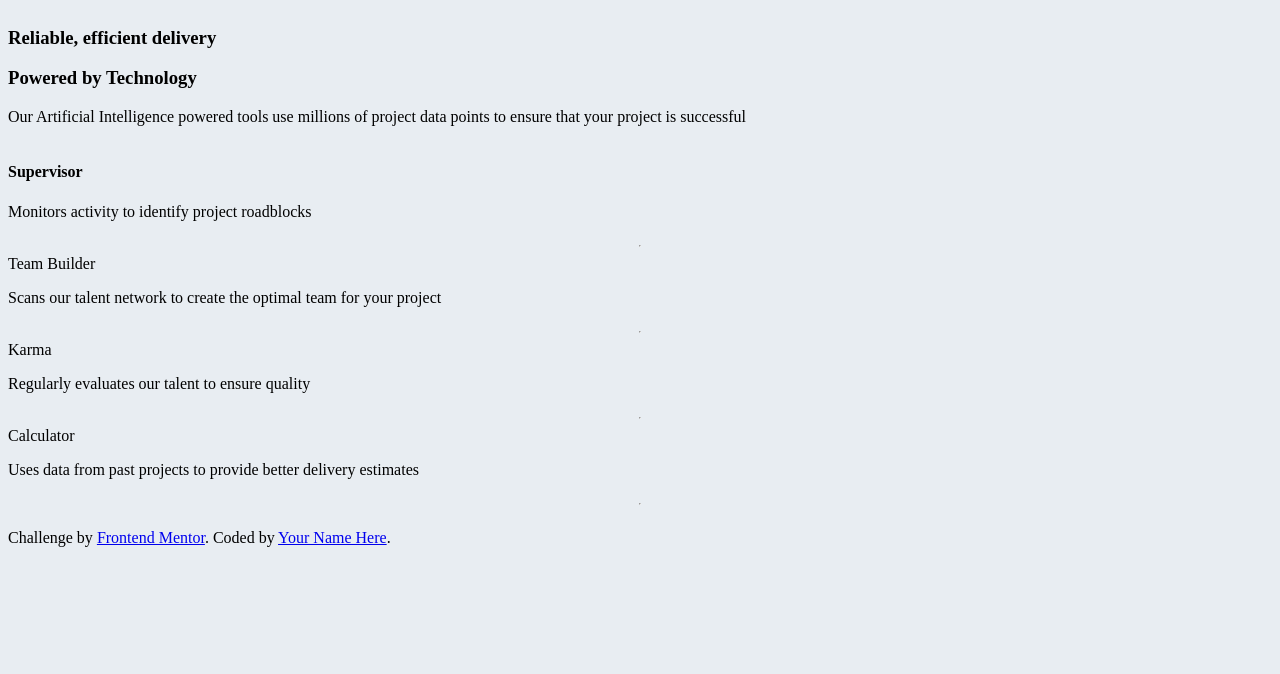
Repository: AngelaMwelu/four-card-page
Page: index.html
These files come from the project's save history. The page is drawn as it stood at one moment and after a run of saves; the edit follows.
The browser window is 1280 px wide. The pictures show the whole page.

Above is the page before, as saved 2025-05-15 15:09:33.

### index.html
<!DOCTYPE html>
<html lang="en">
<head>
  <meta charset="UTF-8">
  <meta name="viewport" content="width=device-width, initial-scale=1.0"> <!-- displays site properly based on user's device -->

  <link rel="icon" type="image/png" sizes="32x32" href="./images/favicon-32x32.png">
  <link rel="stylesheet" href="style.css">

  <title>Frontend Mentor | Four card feature section</title>
  <!-- Feel free to remove these styles or customise in your own stylesheet 👍 -->

  <style>
    .Card{
      display:flex;
      flex-direction:column;
      justify-content:center;
      min-height: 100mv;
    }
  </style>
</head>
<body>
  <div class="Card">
    <div class="about">
      <h3>Reliable, efficient delivery</h3>
      <h3>Powered by Technology</h3>

      <p>Our Artificial Intelligence powered tools use millions of project data points
       to ensure that your project is successful</p>
    </div>

    <div class="Supervisor">
      <h4>Supervisor</h4>
      <p>Monitors activity to identify project roadblocks</p>
    </div>
    <hr clas="br1">

    <div class="Team Builder">
      </h4>Team Builder</h4>
      </p>Scans our talent network to create the optimal team for your project</p>
    </div>
    <hr clas="br2">

    <div class="Karma">
      </h4>Karma</h4>
      </p>Regularly evaluates our talent to ensure quality</p>
    </div>
    <hr clas="br3">

    <div class="Calculator">
      </h4>Calculator</h4>
      </p>Uses data from past projects to provide better delivery estimates</p>
    </div>
    <hr clas="br4">
  </div>

  <footer>
    <p class="attribution">
      Challenge by <a href="https://www.frontendmentor.io?ref=challenge" target="_blank">Frontend Mentor</a>.
      Coded by <a href="#">Your Name Here</a>.
    </p>
  </footer>
</body>
</html>

### style.css
body{
    background: hsl(210, 29%, 93%);
    widt
}

After the next 2 saves:
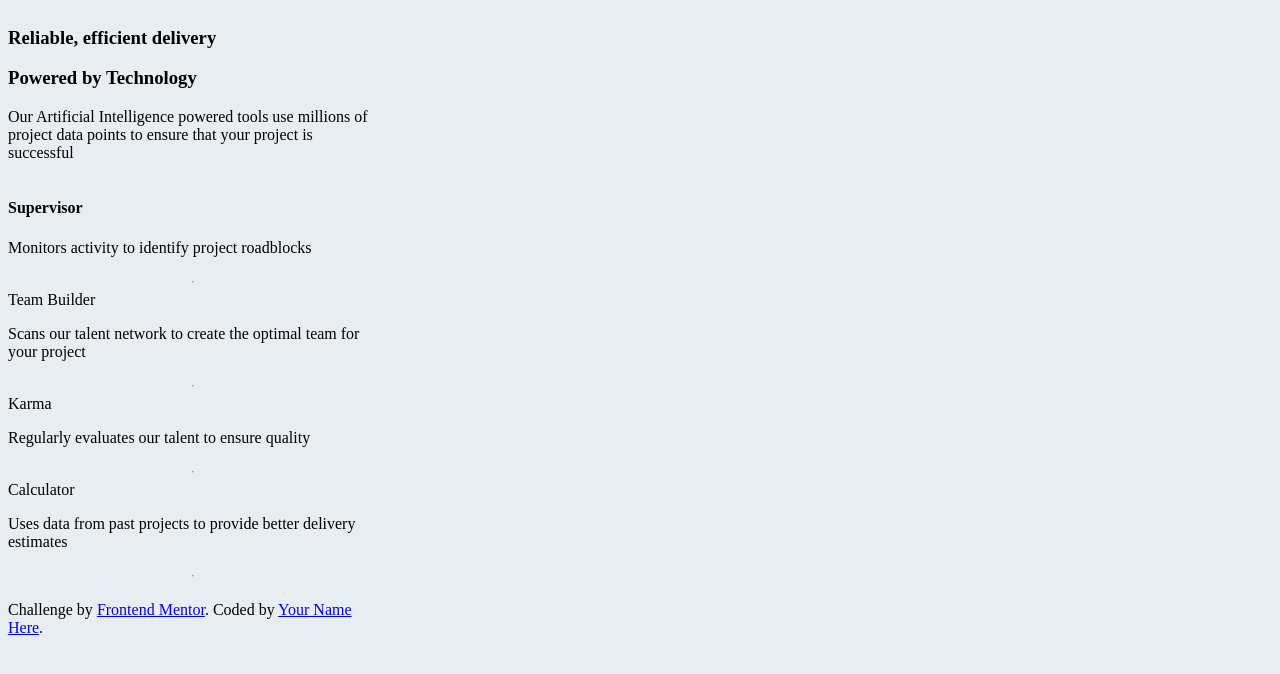
The 2 saves are shown as one change because they came seconds apart.
The last was saved 7 s later.
--- a/style.css
+++ b/style.css
@@ -1,4 +1,4 @@
 body{
     background: hsl(210, 29%, 93%);
-    widt
+    width: 370px;
 }
